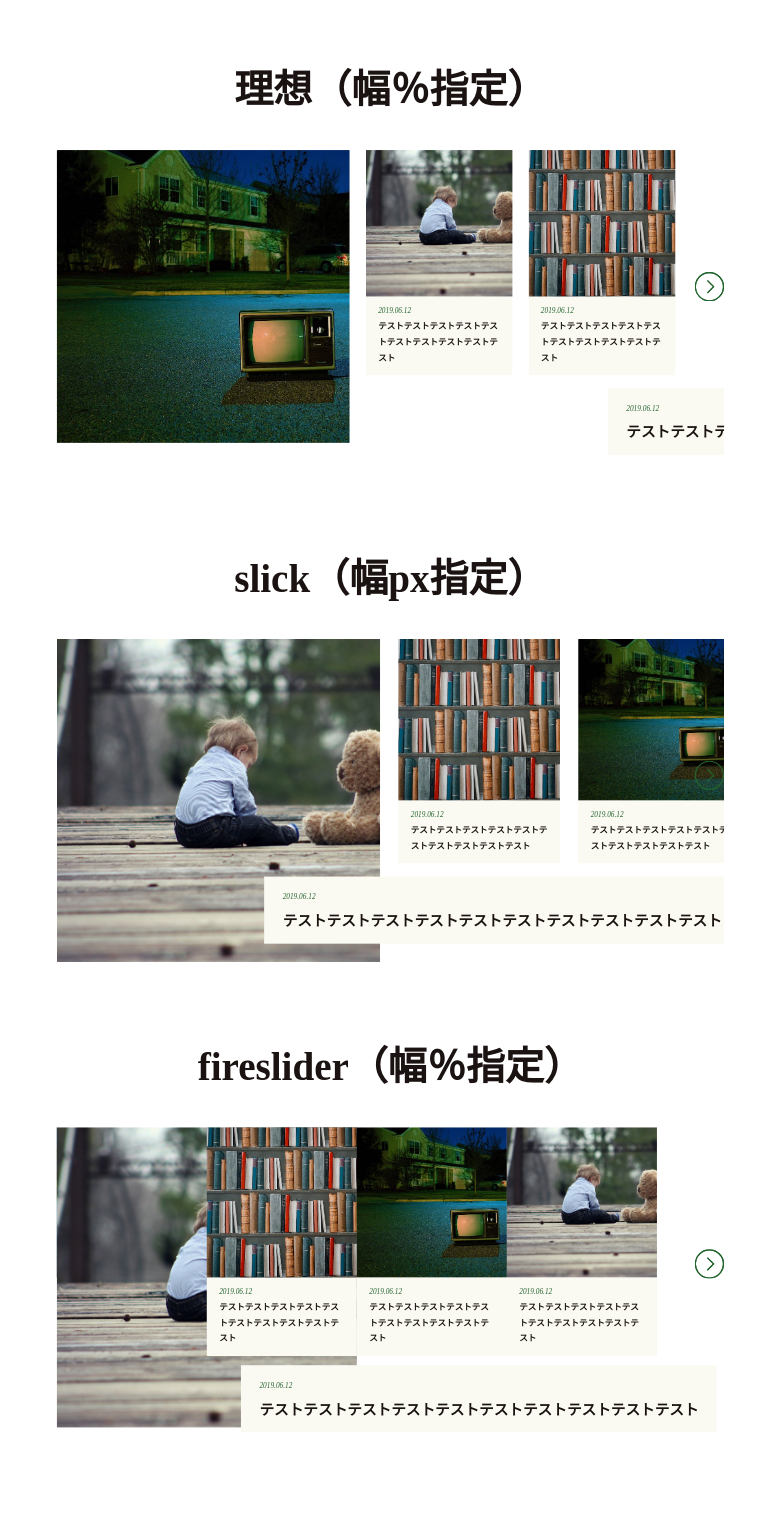
Repository: bbbbruno/slidertest
Page: index.html
An editor plug-in stored every save of this project. The page is shown before and after the next save, followed by the edit.
The browser window is 1280 px wide. The pictures show the whole page, at 61% of full size.

Above is the page before, as saved 2019-07-26 12:58:58.

### index.html
<!DOCTYPE html>
<html lang="ja">

<head>
  <meta charset="UTF-8">
  <meta name="viewport" content="width=device-width, initial-scale=1.0">
  <meta http-equiv="X-UA-Compatible" content="ie=edge">
  <title>スライダーテスト</title>
  <link rel="stylesheet" href="./css/reset.css">
  <link rel="stylesheet" href="./js/slick/slick.css">
  <link rel="stylesheet" href="./css/style.css">
</head>

<body>

  <section class="top">

    <h2>理想（幅％指定）</h2>

    <div class="container">
      <div class="slide">
        <ul id="slide-list">
          <li class="slide-item active">
            <div class="slide-imgbox active" style="background: url('./img/tv.jpg'); background-size: cover;">
            </div>
            <div class="slide-txtbox">
              <time class="slide-time fopen" datetime="2019-06-12">2019.06.12</time>
              <h3 class="slide-tit">テストテストテストテストテストテストテストテストテストテスト</h3>
            </div>
          </li>
          <li class="slide-item">
            <div class="slide-imgbox" style="background: url('./img/child.jpg'); background-size: cover;">
            </div>
            <div class="slide-txtbox">
              <time class="slide-time fopen" datetime="2019-06-12">2019.06.12</time>
              <h3 class="slide-tit">テストテストテストテストテストテストテストテストテストテスト</h3>
            </div>
          </li>
          <li class="slide-item">
            <div class="slide-imgbox" style="background: url('./img/library.jpg'); background-size: cover;">
            </div>
            <div class="slide-txtbox">
              <time class="slide-time fopen" datetime="2019-06-12">2019.06.12</time>
              <h3 class="slide-tit">テストテストテストテストテストテストテストテストテストテスト</h3>
            </div>
          </li>
        </ul>
        <div class="arrow-r"><img src="./img/arrow-r.svg" alt="右矢印" width="48" height="48"></div>
      </div><!-- /slide -->

    </div>
  </section>

  <section class="top">

    <h2>slick（幅px指定）</h2>

    <div class="container">
      <div class="slide">
        <ul id="slide-list-slick">
          <li class="slide-item">
            <div class="slide-imgbox active" style="background: url('./img/tv.jpg'); background-size: cover;">
            </div>
            <div class="slide-txtbox">
              <time class="slide-time fopen" datetime="2019-06-12">2019.06.12</time>
              <h3 class="slide-tit">テストテストテストテストテストテストテストテストテストテスト</h3>
            </div>
          </li>
          <li class="slide-item">
            <div class="slide-imgbox" style="background: url('./img/child.jpg'); background-size: cover;">
            </div>
            <div class="slide-txtbox">
              <time class="slide-time fopen" datetime="2019-06-12">2019.06.12</time>
              <h3 class="slide-tit">テストテストテストテストテストテストテストテストテストテスト</h3>
            </div>
          </li>
          <li class="slide-item">
            <div class="slide-imgbox" style="background: url('./img/library.jpg'); background-size: cover;">
            </div>
            <div class="slide-txtbox">
              <time class="slide-time fopen" datetime="2019-06-12">2019.06.12</time>
              <h3 class="slide-tit">テストテストテストテストテストテストテストテストテストテスト</h3>
            </div>
          </li>
        </ul>
      </div><!-- /slide -->

    </div>
  </section>
  <section class="top">

    <h2>fireslider（幅％指定）</h2>

    <div class="container">
      <div class="slide">
        <ul id="slide-list-velocity">
          <li class="slide-item">
            <div class="slide-imgbox active" style="background: url('./img/tv.jpg'); background-size: cover;">
            </div>
            <div class="slide-txtbox">
              <time class="slide-time fopen" datetime="2019-06-12">2019.06.12</time>
              <h3 class="slide-tit">テストテストテストテストテストテストテストテストテストテスト</h3>
            </div>
          </li>
          <li class="slide-item">
            <div class="slide-imgbox" style="background: url('./img/child.jpg'); background-size: cover;">
            </div>
            <div class="slide-txtbox">
              <time class="slide-time fopen" datetime="2019-06-12">2019.06.12</time>
              <h3 class="slide-tit">テストテストテストテストテストテストテストテストテストテスト</h3>
            </div>
          </li>
          <li class="slide-item">
            <div class="slide-imgbox" style="background: url('./img/library.jpg'); background-size: cover;">
            </div>
            <div class="slide-txtbox">
              <time class="slide-time fopen" datetime="2019-06-12">2019.06.12</time>
              <h3 class="slide-tit">テストテストテストテストテストテストテストテストテストテスト</h3>
            </div>
          </li>
        </ul>
        <div class="arrow-r"><img src="./img/arrow-r.svg" alt="右矢印" width="48" height="48"></div>
      </div><!-- /slide -->

    </div>
  </section>


  <script src="https://ajax.googleapis.com/ajax/libs/jquery/3.3.1/jquery.min.js"></script>
  <script src="./js/slick/slick.min.js"></script>
  <script src="./js/jquery.fireSlider.velocity.js"></script>
  <script src="./js/jquery.fireSlider.min.js"></script>
  <script src="./js/script.js"></script>
</body>

</html>

### css/reset.css
/* ***********************************
 *
 *    Ire's CSS Reset & Base
 *
 * *********************************** */
/* Reset margin, padding, border
 * *********************************** */
html,
body,
h1,
h2,
h3,
h4,
h5,
h6,
a,
p,
span,
em,
small,
strong,
sub,
sup,
mark,
del,
ins,
strike,
abbr,
dfn,
blockquote,
q,
cite,
code,
pre,
ol,
ul,
li,
dl,
dt,
dd,
div,
section,
article,
main,
aside,
nav,
header,
hgroup,
footer,
img,
figure,
figcaption,
address,
time,
audio,
video,
canvas,
iframe,
details,
summary,
fieldset,
form,
label,
legend,
table,
caption,
tbody,
tfoot,
thead,
tr,
th,
td {
  margin: 0;
  padding: 0;
  border: 0;
}

/* Typography
   * *********************************** */
html {
  font-size: 62.5%;
}

body {
  font-size: 1.6rem;
  line-height: 1.4;
}

* {
  font-family: inherit;
  font-size: inherit;
  line-height: inherit;
}

a,
a:visited {
  color: inherit;
}

/* Layout
   * *********************************** */
article,
aside,
footer,
header,
nav,
section,
main {
  display: block;
}

* {
  -webkit-box-sizing: border-box;
  box-sizing: border-box;
}

*:before,
*:after {
  -webkit-box-sizing: inherit;
  box-sizing: inherit;
}

/* Elements
   * *********************************** */
table {
  border-collapse: collapse;
  border-spacing: 0;
}

ol,
ul {
  list-style: none;
}

img,
video {
  max-width: 100%;
}

img {
  border-style: none;
}

blockquote,
q {
  quotes: none;
}

blockquote:after,
blockquote:before,
q:after,
q:before {
  content: "";
  content: none;
}

/* Attributes & states
   * *********************************** */
[hidden] {
  display: none !important;
}

[disabled] {
  cursor: not-allowed;
}

:focus:not(:focus-visible) {
  outline: none;
}

/* Utility classes
   * *********************************** */
.sr-only {
  clip: rect(1px, 1px, 1px, 1px);
  position: absolute;
  top: -9999px;
  left: -9999px;
}

/*# sourceMappingURL=../css/reset.css.map */

### css/style.css
@charset "UTF-8";

body {
  width: 100%;
  padding-top: 100px;
  color: #1A1311;
  font-size: 1.6rem;
  line-height: 1.5;
}

h2 {
  font-size: 64px;
  text-align: center;
  margin-bottom: 50px;
}

.container {
  width: 85.4166666666667%;
  max-width: 1200px;
  margin: 0 auto;
  padding: 0;
}

/* --------------------------------
 * TOP
 * -------------------------------- */
.top {
  background: #ffffff;
  margin-bottom: 125px;
}

/* slide */
.slide {
  position: relative;
  height: 530px;
  margin-bottom: 56px;
  overflow: hidden;
}


.slide #slide-list {
  display: -webkit-box;
  display: -ms-flexbox;
  display: flex;
  -webkit-box-align: start;
  -ms-flex-align: start;
  align-items: flex-start;
  -webkit-box-pack: justify;
  -ms-flex-pack: justify;
  justify-content: space-between;
  height: 100%;
  padding-right: 80px;
  position: relative;
}

.slide-item {
  width: 23.68421%;
  -webkit-transition: all 0.2s ease;
  transition: all 0.2s ease;
}

.slide-item.active {
  width: 47.36842%;
}

.slide-item.active .slide-txtbox {
  position: absolute;
  top: 390px;
  right: 80px;
  right: -590px;
  max-width: 800px;
  padding: 20px 30px;

}

#slide-list-velocity .slide-item {
  width: 22.5% !important;
}

.slide-item .slide-imgbox {
  padding-top: 100%;
}

#slide-list-velocity .slide-item.fire-slider-active {
  width: 45% !important;
}

.slide-item.fire-slider-active .slide-txtbox {
  position: absolute;
  top: 390px;
  right: -590px;
  max-width: 800px;
  padding: 20px 30px;
}


.slide-item.fire-slider-active .slide-txtbox .slide-tit,
.slide-item.active .slide-txtbox .slide-tit {
  font-size: 24px;
  line-height: 1.41667;
}

.slide-item.fire-slider-active .slide-txtbox .slide-time,
.slide-item.active .slide-txtbox .slide-time {
  margin-bottom: 10px;
}

.slide-txtbox {
  padding: 10px 20px 15px;
  background: #FAF9F2;
}

.slide-time {
  display: block;
  color: #22652D;
  font-size: 12px;
  font-style: italic;
  line-height: 2.16667;
}

.slide-tit {
  font-size: 14px;
  line-height: 1.85714;
}

.slide .arrow-r {
  -webkit-appearance: none;
  -moz-appearance: none;
  appearance: none;
  position: absolute;
  top: 200px;
  right: 0;
  width: 48px;
  height: 48px;
  padding: 0;
  border: none;
  outline: none;
  background: url("../img/arrow-r.svg") center no-repeat;
  background-color: transparent;
  font-size: 0;
  cursor: pointer;
}

#slide-list-slick .slide-item {
  position: relative;
  width: 265px !important;
  margin-right: 30px;
  -webkit-transition: all 0.2s ease;
  transition: all 0.2s ease;
}

.slide-item .slide-imgbox {
  position: relative;
  padding-top: 100%;
}

#slide-list-slick .slide-item.slick-active {
  width: 530px !important;
  -webkit-transition: all 0.2s ease;
  transition: all 0.2s ease;
}

#slide-list-slick .slide-item.slick-active .slide-txtbox {
  position: absolute;
  top: 390px;
  right: -590px;
  max-width: 800px;
  padding: 20px 30px;
}

#slide-list-slick .slide-item.slick-active .slide-txtbox .slide-tit {
  font-size: 24px;
  line-height: 1.41667;
}

#slide-list-slick .slide-item.slick-active .slide-txtbox .slide-time {
  margin-bottom: 10px;
}

#slide-list-slick .slide-txtbox {
  padding: 10px 20px 15px;
  background: #FAF9F2;
}

#slide-list-slick .slide-time {
  display: block;
  color: #22652D;
  font-size: 12px;
  font-style: italic;
  line-height: 2.16667;
}

#slide-list-slick .slide-tit {
  font-size: 14px;
  line-height: 1.85714;
}

#slide-list-slick .slick-next {
  -webkit-appearance: none;
  -moz-appearance: none;
  appearance: none;
  position: absolute;
  top: 200px;
  right: 0;
  width: 48px;
  height: 48px;
  padding: 0;
  border: none;
  outline: none;
  background: url("../img/arrow-r.svg") center no-repeat;
  background-color: transparent;
  font-size: 0;
  cursor: pointer;
}

#slide-list-slick .slide .slick-next:hover {
  opacity: 0.7;
}

#slide-list-slick .slide .slick-prev {
  display: none;
}

### js/script.js
$(function () {

  // slick
  var slick = $('#slide-list-slick').slick({
    infinite: true,
    speed: 500,
    slidesToShow: 1,
    variableWidth: true,
    autoplay: true,
    prevArrow: false,
    cssEase: 'ease-in-out',
    transformEnabled: false,
    responsive: [{
      breakpoint: 767,
      settings: {
        slidesToShow: 1,
        variableWidth: false,
      }
    }]
  });

  // fireslider
  var slider = $('#slide-list-velocity').fireSlider({
    delay: 4000,
    slide: 'li',
    speed: 700,
    show: 'auto',
    hoverPause: true,
    next: $('.arrow-r'),
  });
  var slideInOut = function (el, options) {
    var duration = (options.snapping) ? 0 : options.speed;
    el.velocity({
      translateX: [(options.nextPos + '%'), (options.currPos + 100 + '%')]
    }, {
      duration: duration,
      queue: options.effect,
      easing: options.easing
    });
  };
  fireSlider.prototype.Effects.register('slideInOut', slideInOut);
  $('.fire-slider-active').attr('data-fireslider-effect', 'slideInOut');
});

Loaded but not shown: js/slick/slick.css (common file); js/slick/slick.min.js (library); js/jquery.fireSlider.velocity.js (library); js/jquery.fireSlider.min.js (library)

After the next save:
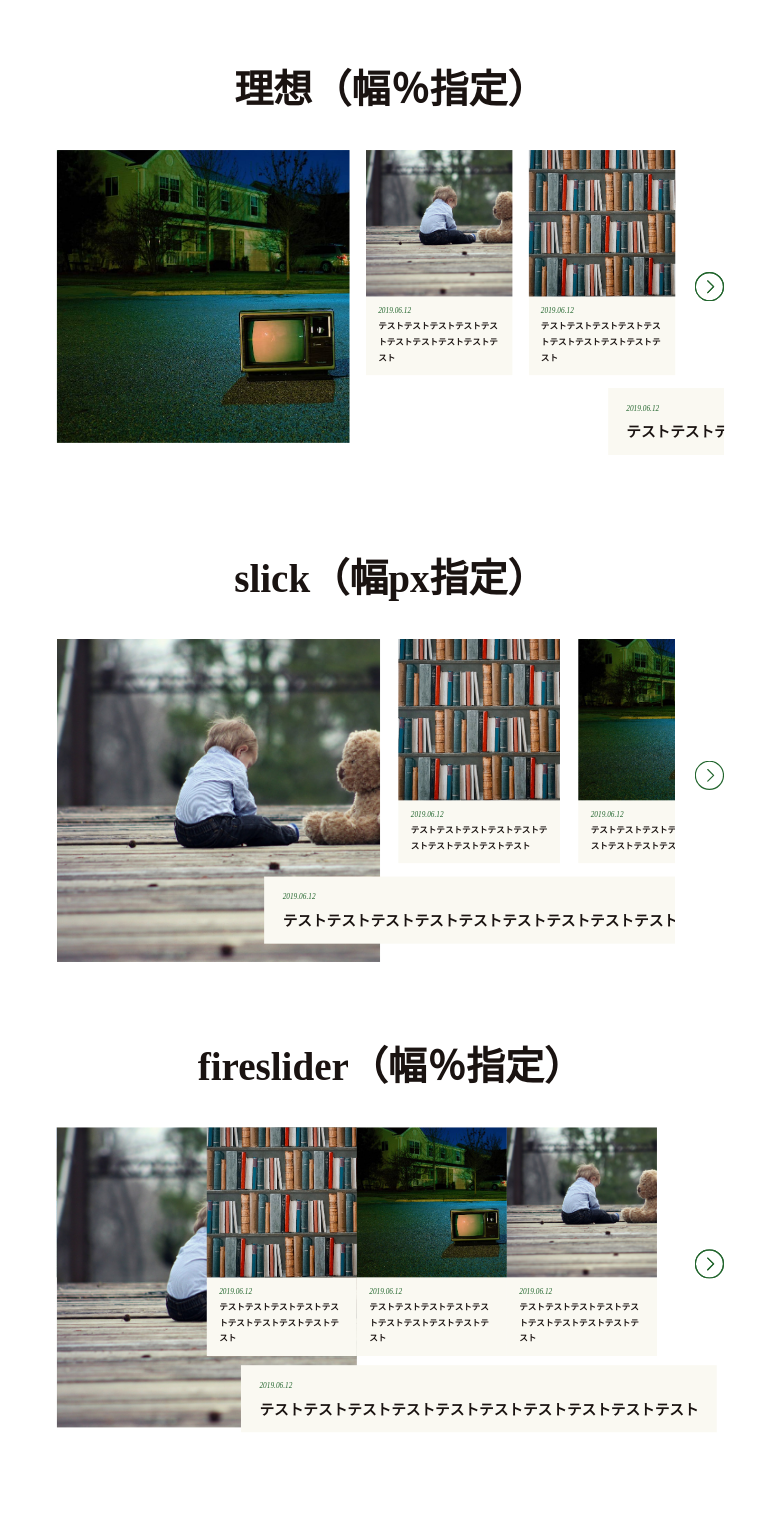
Saved 56 s later.
--- a/css/style.css
+++ b/css/style.css
@@ -36,7 +36,6 @@ h2 {
   margin-bottom: 56px;
   overflow: hidden;
 }
-
 
 .slide #slide-list {
   display: -webkit-box;
@@ -141,6 +140,10 @@ h2 {
   cursor: pointer;
 }
 
+#slide-list-slick {
+  padding-right: 80px;
+}
+
 #slide-list-slick .slide-item {
   position: relative;
   width: 265px !important;
